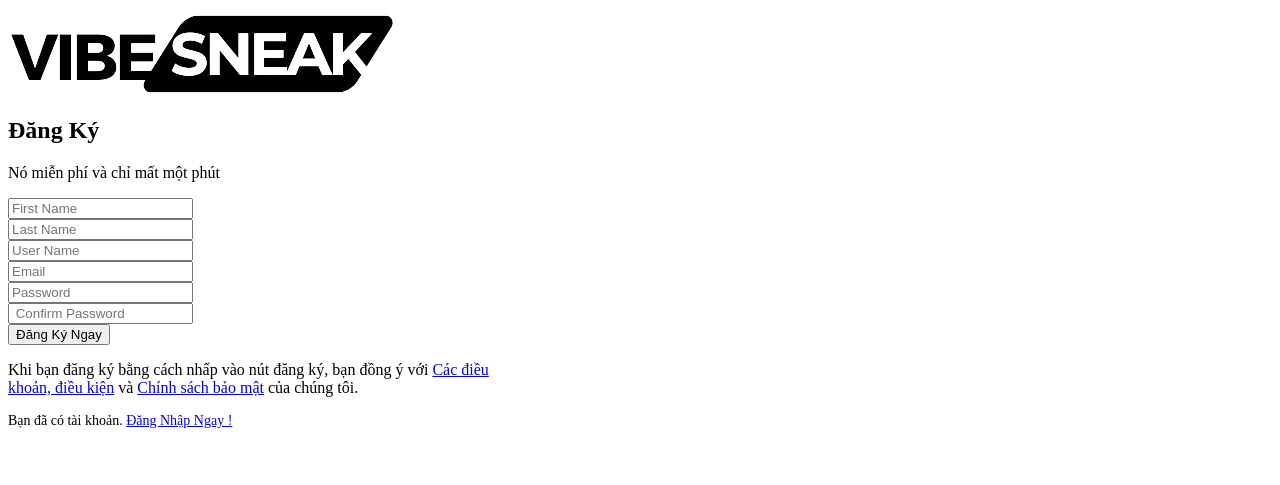
Repository: HSondev74/website-ban-giay
Page: http://localhost/BanGiay/pages/LogUp.php
These files come from the project's save history. The page is drawn as it stood at one moment and after the next save; the edit follows.
The browser window is 1280 px wide. The pictures show the whole page.
The page is run by PHP 8.4 with error messages shown; the project is at /var/www/html/.

Above is the page before, as saved 2024-02-25 13:54:48.

After the next save:
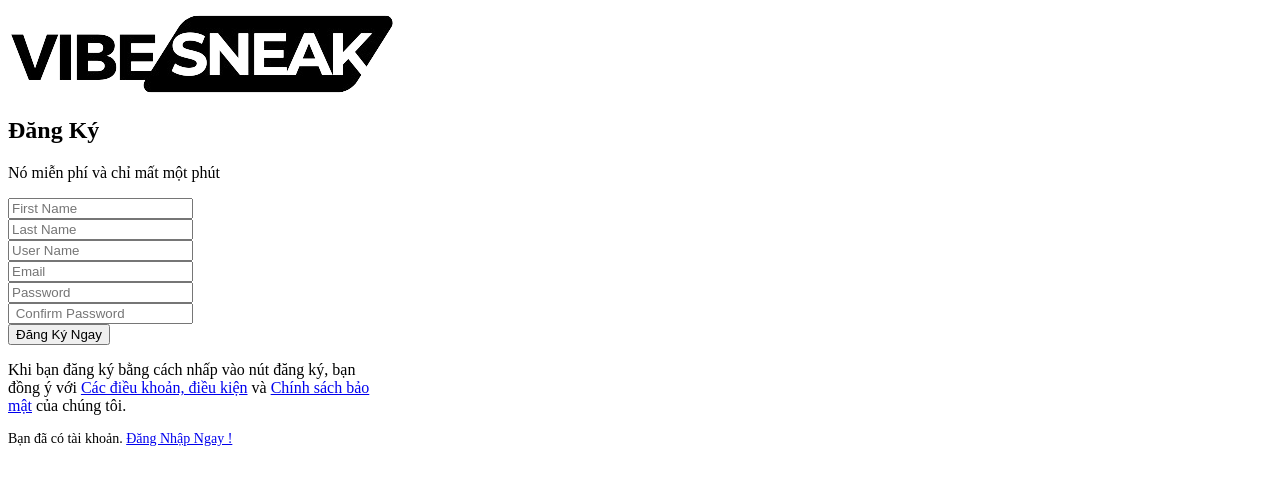
Saved 7 s later.
--- a/pages/LogUp.php
+++ b/pages/LogUp.php
@@ -1,6 +1,6 @@
 <main>
     <div class="container">
-        <div class="form" style="width: 40%;">
+        <div class="form" style="width: 30%;">
             <img src="./images/img-header/logo-brand.png" alt="" />
             <div class="form-logup">
                 <h2>Đăng Ký</h2>
